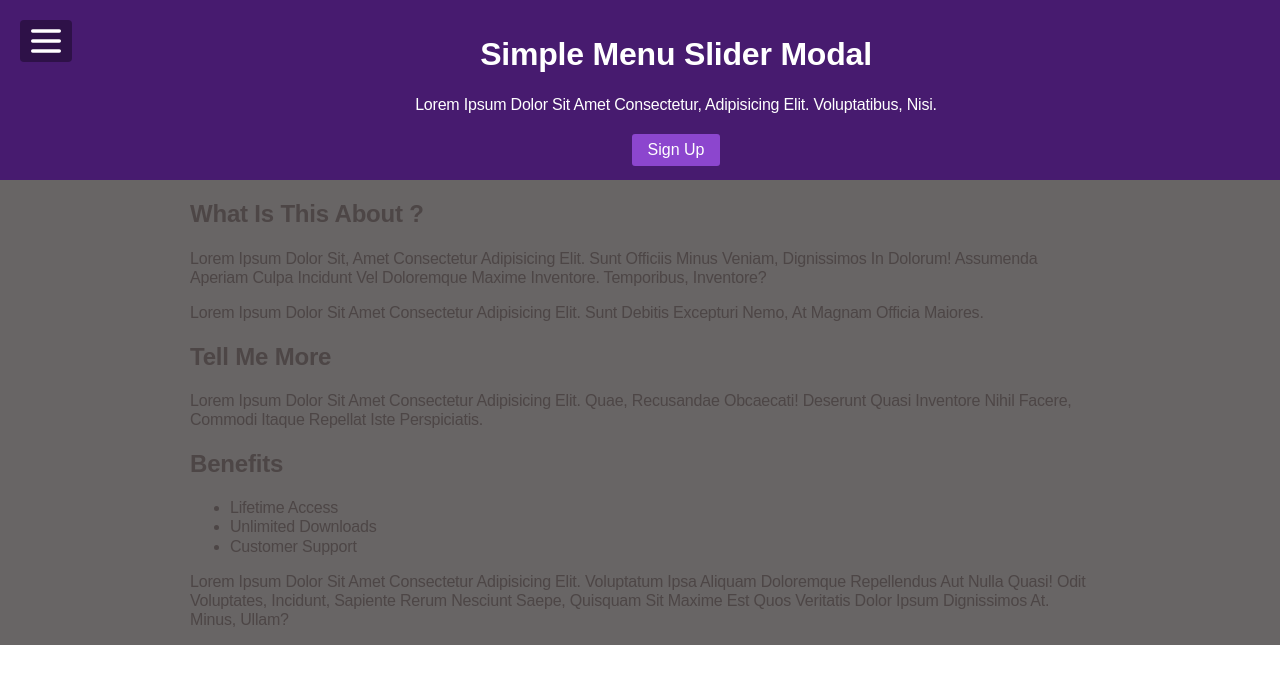
Repository: lilo750/Menu-Slider-modal
Page: index.html
The author's editor kept a copy of each file at every save. The page is drawn from the files as they stood at one save, then again after the next save.
The browser window is 1280 px wide. The pictures show the whole page.
After loading, the first visible `div.container` was clicked once.

Above is the page before, as saved 2024-01-16 03:33:55.

### index.html
<!DOCTYPE html>
<html lang="en">
    <head>
        <meta charset="UTF-8" />
        <meta name="viewport" content="width=device-width, initial-scale=1.0" />
        <title>menu-slider-modal</title>
        <script defer src="assets/logic.js"></script>
        <link rel="stylesheet" href="assets/style.css" />
    </head>
    <body>
        <div class="left-menu">
            <!-- <aside>
                <div id="profile-img">
                    <img
                        src="assets/visuals/profile-img.jpg"
                        alt="profile image"
                    />
                </div>
                <ul>
                    <li>home</li>
                    <li>portfolio</li>
                    <li>blog</li>
                    <li>contact me</li>
                </ul>
            </aside> -->

            <button id="burger-btn">
                <img
                    src="assets/visuals/burger-menu-svgrepo-com.svg"
                    alt="burger icon"
                />
            </button>
        </div>
        <div class="container">
            <header>
                <div class="heading">
                    <h1>Simple Menu slider Modal</h1>
                    <p>
                        Lorem ipsum dolor sit amet consectetur, adipisicing
                        elit. Voluptatibus, nisi.
                    </p>
                    <button id="signUp-btn">Sign Up</button>
                </div>
            </header>

            <main>
                <h2>what is this about ?</h2>
                <p>
                    Lorem ipsum dolor sit, amet consectetur adipisicing elit.
                    Sunt officiis minus veniam, dignissimos in dolorum!
                    Assumenda aperiam culpa incidunt vel doloremque maxime
                    inventore. Temporibus, inventore?
                </p>
                <p>
                    Lorem ipsum dolor sit amet consectetur adipisicing elit.
                    Sunt debitis excepturi nemo, at magnam officia maiores.
                </p>
                <h2>tell me more</h2>
                <p>
                    Lorem ipsum dolor sit amet consectetur adipisicing elit.
                    Quae, recusandae obcaecati! Deserunt quasi inventore nihil
                    facere, commodi itaque repellat iste perspiciatis.
                </p>
                <h2>benefits</h2>
                <ul>
                    <li>lifetime access</li>
                    <li>unlimited downloads</li>
                    <li>customer support</li>
                </ul>
                <p>
                    Lorem ipsum dolor sit amet consectetur adipisicing elit.
                    Voluptatum ipsa aliquam doloremque repellendus aut nulla
                    quasi! Odit voluptates, incidunt, sapiente rerum nesciunt
                    saepe, quisquam sit maxime est quos veritatis dolor ipsum
                    dignissimos at. Minus, ullam?
                </p>
            </main>
        </div>
        <!-- ./container -->

        <div class="modal">
            <header>
                <span>Sign Up</span>
                <button id="close-btn">
                    <img
                        src="assets/visuals/close-icon.svg"
                        alt="burger icon"
                    />
                </button>
            </header>
            <form>
                <p>Register with us to get offers. support and more</p>
                <div class="form-control">
                    <label for="name">Name</label>
                    <input id="name" type="text" required />
                </div>
                <div class="form-control">
                    <label for="mail">Email</label>
                    <input id="mail" type="email" required />
                </div>
                <div class="form-control">
                    <label for="pass">Password</label>
                    <input id="pass" type="password" required />
                </div>
                <div class="form-control">
                    <label for="cpass">Confirm Password</label>
                    <input id="cpass" type="password" required />
                    <span class="warning"></span>
                </div>

                <button id="submit-btn" type="submit">submit</button>
            </form>
        </div>
    </body>
</html>

### assets/logic.js
const signUpBtn = document.getElementById('signUp-btn');
const closeBtn = document.getElementById('close-btn');
const modal = document.querySelector('.modal');
const container = document.querySelector('.container');

const openModalHandler = () => {
    modal.style.pointerEvents = 'visible';
    modal.style.visibility = 'visible';
};

const closeModalHandler = () => {
    modal.style.pointerEvents = 'none';
    modal.style.visibility = 'hidden';
};

const modalOverlayHandler = () => {
    if ((modal.style.visibility = 'visible')) {
        container.style.backgroundColor = '#686565'; // will add the darker background
        closeModalHandler();
    }
};

signUpBtn.addEventListener('click', openModalHandler);
closeBtn.addEventListener('click', closeModalHandler);
container.addEventListener('click', modalOverlayHandler);

### assets/style.css
html {
    font-family: sans-serif;
    letter-spacing: -0.2px;
    color: #4d4646;
}

body {
    height: 100vh;
    margin: 0;
    padding: 0;
    text-transform: capitalize;
    line-height: 1.2;
}

.overlay {
    background-color: #686565;
}

.left-menu {
    position: absolute;

    #burger-btn {
        display: flex;
        align-items: center;
        justify-content: center;
        background-color: rgb(46, 17, 72);
        border: none;
        cursor: pointer;
        position: relative;
        left: 20px;
        top: 20px;
        border-radius: 4px;
    }
}

.container {
    display: flex;
    flex-direction: column;

    & header {
        background-color: rgb(71, 27, 111);
        color: #fff;
        text-align: center;
        padding: 14px 8px;
        padding-left: 80px;

        #signUp-btn {
            background-color: rgb(140, 70, 206);
            color: inherit;
            border: 0;
            outline: 2px;
            padding: 7px 16px;
            border-radius: 3px;
            cursor: pointer;
            font-size: 16px;
        }

        & p {
            margin-bottom: 20px;
        }
    }

    & main {
        max-width: 900px;
        align-self: center;
        padding-inline: 20px;
    }
}

.modal {
    visibility: hidden;
    pointer-events: none;
    width: 370px;
    background-color: #fff;
    border-radius: 3px;
    box-shadow: 1px 3px 17px 8px #bab4b4;
    position: absolute;
    left: 52%;
    top: 38%;
    transform: translate(-50%, -50%);

    & header {
        background-color: rgb(94, 36, 147);
        display: flex;
        justify-content: space-between;
        align-items: center;
        padding: 8px;
        margin-bottom: 32px;

        & span {
            color: #fff;
            font-weight: 600;
            font-size: 16px;
        }

        #close-btn {
            background-color: transparent;
            border: none;
            cursor: pointer;
            color: #fff;
        }
    }

    & form {
        padding-bottom: 18px;

        & p {
            font-size: 15px;
            font-weight: 600;
        }

        padding-inline: 18px;

        .form-control {
            display: flex;
            flex-direction: column;
            row-gap: 8px;
            margin-bottom: 12px;

            & input {
                padding: 8px;
                border: 1px solid #bab4b4;
                outline: none;
            }
        }

        #submit-btn {
            background-color: rgb(140, 70, 206);
            color: #fff;
            border: 0;
            outline: 2px;
            padding: 7px 16px;
            border-radius: 4px;
            cursor: pointer;
            font-size: 16px;
        }
    }
}

### assets/visuals/burger-menu-svgrepo-com.svg
<?xml version="1.0" encoding="utf-8"?><!-- Uploaded to: SVG Repo, www.svgrepo.com, Generator: SVG Repo Mixer Tools -->
<svg width="40px" height="40px" viewBox="0 0 24 24" fill="none" xmlns="http://www.w3.org/2000/svg">
<path d="M4 18L20 18" stroke="#ffff" stroke-width="2" stroke-linecap="round"/>
<path d="M4 12L20 12" stroke="#ffff" stroke-width="2" stroke-linecap="round"/>
<path d="M4 6L20 6" stroke="#ffff" stroke-width="2" stroke-linecap="round"/>
</svg>

### assets/visuals/close-icon.svg
<?xml version="1.0"?><svg xmlns="http://www.w3.org/2000/svg" viewBox="0 0 30 30" width="22px" height="22px">    <path d="M 7 4 C 6.744125 4 6.4879687 4.0974687 6.2929688 4.2929688 L 4.2929688 6.2929688 C 3.9019687 6.6839688 3.9019687 7.3170313 4.2929688 7.7070312 L 11.585938 15 L 4.2929688 22.292969 C 3.9019687 22.683969 3.9019687 23.317031 4.2929688 23.707031 L 6.2929688 25.707031 C 6.6839688 26.098031 7.3170313 26.098031 7.7070312 25.707031 L 15 18.414062 L 22.292969 25.707031 C 22.682969 26.098031 23.317031 26.098031 23.707031 25.707031 L 25.707031 23.707031 C 26.098031 23.316031 26.098031 22.682969 25.707031 22.292969 L 18.414062 15 L 25.707031 7.7070312 C 26.098031 7.3170312 26.098031 6.6829688 25.707031 6.2929688 L 23.707031 4.2929688 C 23.316031 3.9019687 22.682969 3.9019687 22.292969 4.2929688 L 15 11.585938 L 7.7070312 4.2929688 C 7.5115312 4.0974687 7.255875 4 7 4 z"/></svg>

After the next save:
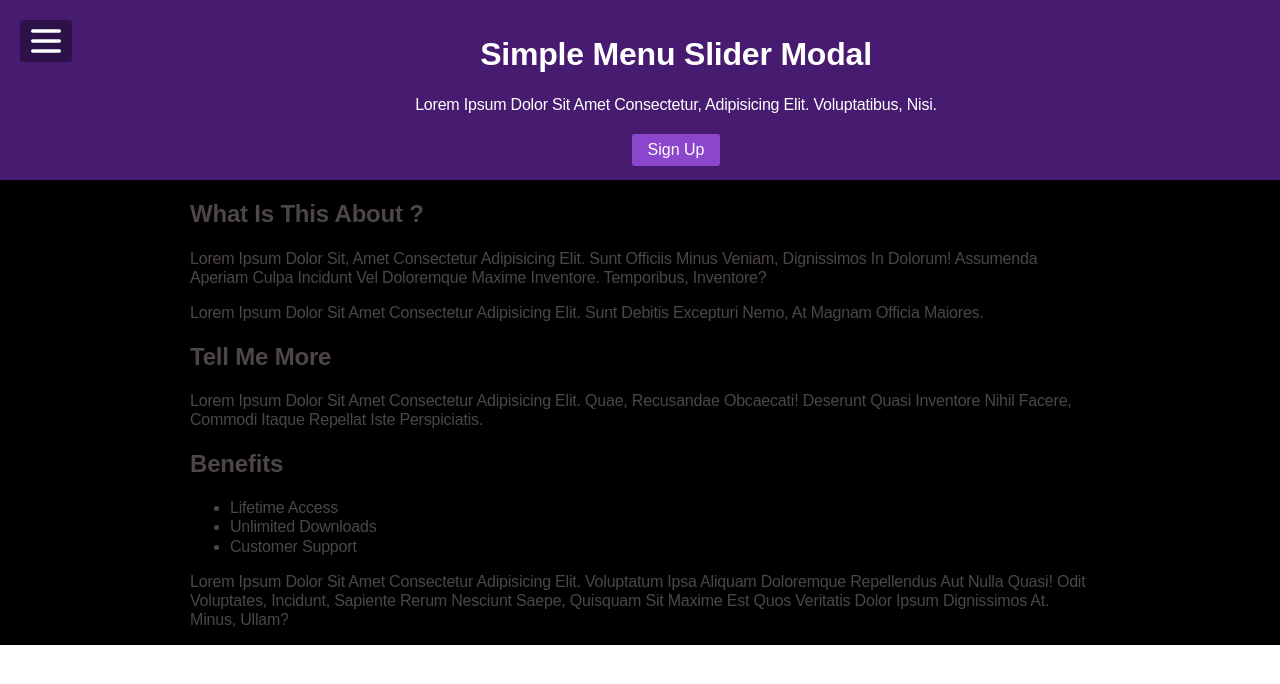
Saved 44 s later.
--- a/assets/logic.js
+++ b/assets/logic.js
@@ -15,7 +15,7 @@ const closeModalHandler = () => {
 
 const modalOverlayHandler = () => {
     if ((modal.style.visibility = 'visible')) {
-        container.style.backgroundColor = '#686565'; // will add the darker background
+        container.style.backgroundColor = '#000'; // will add the darker background
         closeModalHandler();
     }
 };
